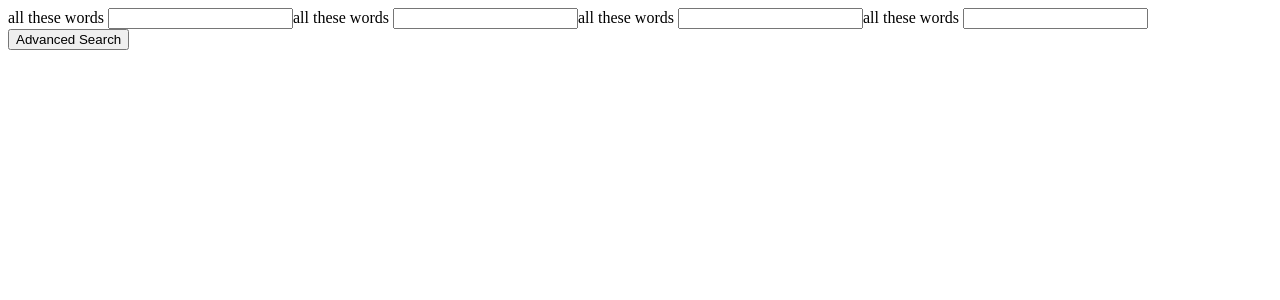
Repository: etentuk/search
Page: advanced_search.html
These files come from the project's save history. The page is drawn as it stood at one moment and after a run of saves; the edit follows.
The browser window is 1280 px wide. The pictures show the whole page.

Above is the page before, as saved 2021-11-03 23:12:01.

After the next 2 saves:
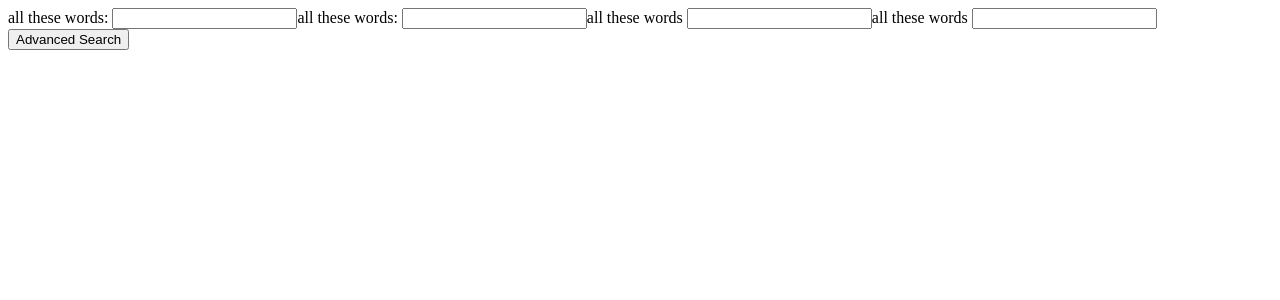
The 2 saves are shown as one change because they came seconds apart.
The last was saved 93 s later.
--- a/advanced_search.html
+++ b/advanced_search.html
@@ -8,9 +8,9 @@
 <body>
     <form action="https://google.com/search" style="display: table;">
         <div style="display: table-row;">
-            <label for="as_q">all these words </label>
+            <label for="as_q">all these words: </label>
             <input type="text" id="as_q" name="as_q">
-            <label for="as_epq">all these words </label>
+            <label for="as_epq">all these words: </label>
             <input type="text" id="as_epq" name="as_epq">
             <label for="as_oq">all these words </label>
             <input type="text" id="as_oq" name="as_oq">
